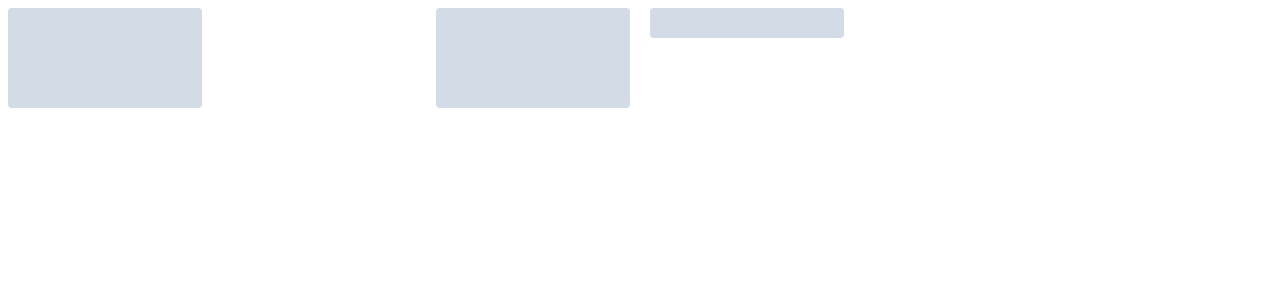
Repository: lagezhou888/element-vue2
Page: /#/button
An editor plug-in stored every save of this project. The page is shown before and after the next save, followed by the edit.
The browser window is 1280 px wide. The page is 1282 px wide, so the pictures cover 1282 px, including what lies to the right of the window. The pictures show the whole page.
The project was rebuilt for these pictures with package versions that can differ from the ones it lists, and the page was loaded fresh each time. Also part of the build but not shown: src/components/HelloWorld.vue, src/views/Home.vue.

Above is the page before, as saved 2021-05-13 11:15:08.

After the next save:
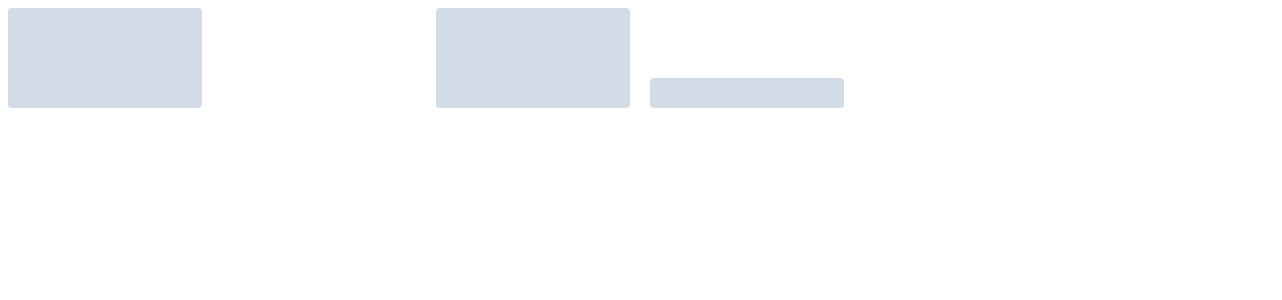
Saved 14 s later.
--- a/src/views/components/use-button.vue
+++ b/src/views/components/use-button.vue
@@ -1,6 +1,6 @@
 <template>
   <div>
-    <el-row :gutter="20" tag="测试1" type="flex" align="moddle" justify="start">
+    <el-row :gutter="20" tag="测试1" type="flex" align="bottom" justify="start">
       <el-col :span="4"><div class="grid-content bg-purple"></div></el-col>
       <el-col :span="4"><div class="kong">&nbsp;</div></el-col>
       <el-col :span="4"><div class="grid-content bg-purple"></div></el-col>
